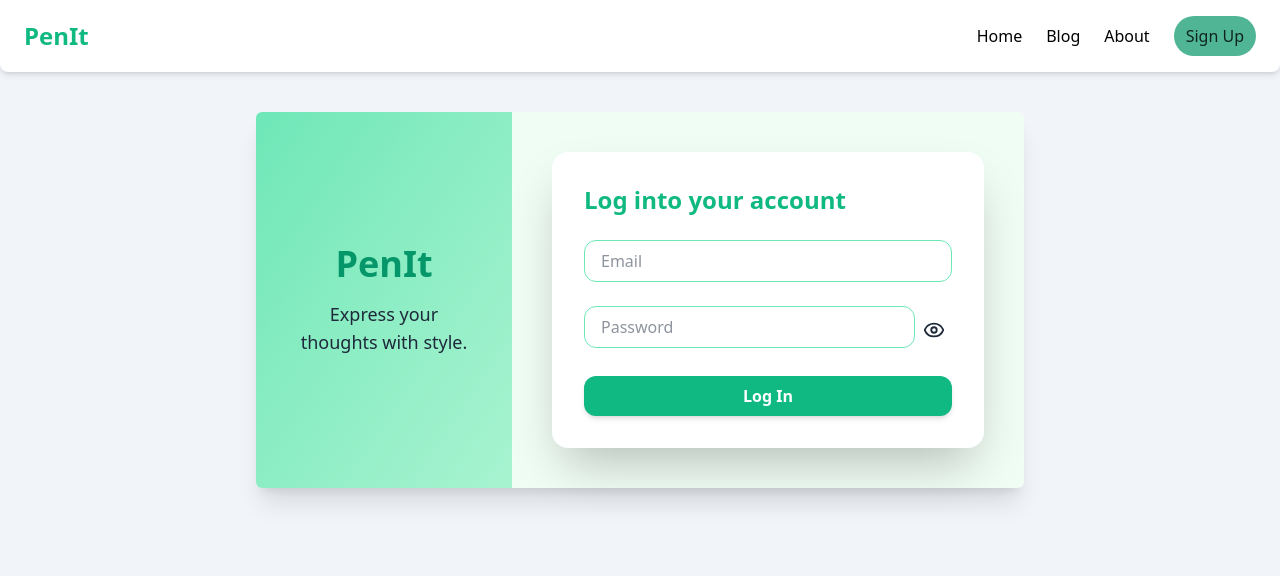
Repository: Mounika-chukkala/PenIt
Page: /signin (app in frontend/)
The author's editor kept a copy of each file at every save. The page is drawn from the files as they stood at one save, then again after the next save.
The browser window is 1280 px wide. The pictures show the whole page.
The project was rebuilt for these pictures with package versions that can differ from the ones it lists, and the page was loaded fresh each time. Also part of the build but not shown: frontend/vite.config.js, frontend/src/Pages/Signin.jsx, frontend/src/Pages/Signup.jsx, frontend/src/components/CreateBlog.jsx, frontend/src/Pages/AddBlog.jsx.

Above is the page before, as saved 2025-05-24 11:57:30.

### frontend/src/main.jsx
import { StrictMode } from 'react'
import { createRoot } from 'react-dom/client'
import './index.css'
import { Toaster } from 'react-hot-toast'
// import {BrowserRouter} from "react-router-dom"
import { BrowserRouter } from 'react-router-dom'
import App from './App.jsx'

createRoot(document.getElementById('root')).render(
  <StrictMode>
    <BrowserRouter>
    {/* <Toaster> */}

    <App />
    {/* </Toaster> */}
    </BrowserRouter>
  </StrictMode>,
)

### frontend/src/index.css
@import "tailwindcss";




/* :root {
  font-family: system-ui, Avenir, Helvetica, Arial, sans-serif;
  line-height: 1.5;
   font-weight: 400;

  color-scheme: light dark;
  color: rgba(255, 255, 255, 0.87);
  background-color: #242424;

  font-synthesis: none;
  text-rendering: optimizeLegibility;
  -webkit-font-smoothing: antialiased;
  -moz-osx-font-smoothing: grayscale;
}

a {
  font-weight: 500;
  color: #646cff;
  text-decoration: inherit;
}
a:hover {
  color: #535bf2;
}

body {
  margin: 0;
  display: flex;
  place-items: center;
  min-width: 320px;
  min-height: 100vh;
}

h1 {
  font-size: 3.2em;
  line-height: 1.1;
}

button {
  border-radius: 8px;
  border: 1px solid transparent;
  padding: 0.6em 1.2em;
  font-size: 1em;
  font-weight: 500;
  font-family: inherit;
  background-color: #1a1a1a;
  cursor: pointer;
  transition: border-color 0.25s;
}
button:hover {
  border-color: #646cff;
}
button:focus,
button:focus-visible {
  outline: 4px auto -webkit-focus-ring-color;
}

@media (prefers-color-scheme: light) {
  :root {
    color: #213547;
    background-color: #ffffff;
  }
  a:hover {
    color: #747bff;
  }
  button {
    background-color: #f9f9f9;
  }
} */

### frontend/src/App.jsx
import { useState } from 'react'
import { Route, Routes } from 'react-router-dom'
// import './App.css'
import Signin from './Pages/Signin'
import Signup from './Pages/Signup'
import Navbar from './components/Navbar'
// import Layout from "./Pages/Layout"
import CreateBlog from './components/CreateBlog'
import AddBlog from './Pages/AddBlog'
import AuthForm from './Pages/AuthForm'
function App() {

  return (
    <div className="bg-slate-100 w-screen h-screen ">

  <Routes>
    <Route path="/" element={<Navbar/>}>
        <Route path="/signin" element={<AuthForm type={"signin"}/>}></Route>
    <Route path="/signup" element={<AuthForm type={"signup"}/>}></Route>

        {/* <Route path="/signin" element={<Signin/>}></Route>
    <Route path="/signup" element={<Signup/>}></Route> */}


 {/* <Route path="/signin" element={<AuthForm/>}></Route> */}

    <Route path="/create-blog" element={<CreateBlog/>}></Route>
        <Route path="/add-blog" element={<AddBlog/>}></Route>

    {/* <Route path="/search-blog" element={}></Route> */}
    {/* <Route path="*" element={}></Route> */}
    </Route>

  </Routes>
      </div>

  )
}

export default App

### frontend/src/components/Navbar.jsx
import React, { useEffect, useState } from "react";
import { Link } from "react-router-dom";
import { Outlet } from "react-router-dom";
export default function Navbar() {
  const [isLogged, setLogged] = useState(false);
  const item = localStorage.getItem("User");
  useEffect(()=>{
  if (item!=null) {
    setLogged(true);
  }
},isLogged)
  return (
    <>
    <nav className="bg-white shadow-md px-6 py-4 flex justify-between items-center rounded-b-lg">
      <h1 className="text-2xl font-bold text-[#10B981]">PenIt</h1>
      <ul className="flex space-x-6 font-medium">
        <li className="hover:text-[#059669] pt-2 cursor-pointer">Home</li>
        <li className="hover:text-[#059669] pt-2 cursor-pointer">Blog</li>
        <li className="hover:text-[#059669] pt-2 cursor-pointer">About</li>
        <Link to="/signup">
        <li className="bg-[#059669]/70 rounded-3xl px-3 py-2 text-black/80 transform hover:scale-120 transition duration-300 ease-in-out  hover:text-white cursor-pointer">
{/* {isLogged?"Log out":"Sign up"} */}
    Sign Up
          </li>
        </Link>
      </ul>
    </nav>
    <Outlet/>
        </>

  );
}

### frontend/src/Pages/AuthForm.jsx
import React from 'react'
import { useState } from "react";
import { Eye, EyeOff } from "lucide-react";
import toast from "react-hot-toast";
import { Link } from "react-router-dom";
import { motion } from "framer-motion";


function AuthForm({type}) {
  const [userData, setUserData] = useState({
    name: "",
    email: "",
    password: "",
  });
  const [isVisible, setVisible] = useState(false);

  async function handleRegister(e) {
    e.preventDefault();
    let data = await fetch("http://localhost:3000/api/v1/signup", {
      method: "POST",
      body: JSON.stringify(userData),
      headers: {
        "Content-Type": "application/json",
      },
    });

    let res = await data.json();
    alert(res.message);

    if (!res.success) {
      toast.error(res.message);
    } else {
      toast.success(res.message);
      localStorage.setItem("User", JSON.stringify(res.user));
    }
  }

  return (
    <motion.div
      initial={{ opacity: 0, y: 40 }}
      animate={{ opacity: 1, y: 0 }}
      transition={{ duration: 0.6, ease: "easeOut" }}
      className="max-h-screen max-w-[90%] lg:max-w-[60%] rounded-md m-auto mt-10 flex bg-[#F0FDF4] text-[#1E293B] shadow-xl"
    >
      {/* Left visual side */}
      <motion.div
        initial={{ opacity: 0, x: -50 }}
        animate={{ opacity: 1, x: 0 }}
        transition={{ delay: 0.2, duration: 0.5 }}
        className="hidden sm:flex w-1/3 flex-col justify-center items-center p-10 bg-gradient-to-br from-[#6EE7B7] to-[#A7F3D0] rounded-l-md"
      >
        <h1 className="text-4xl font-bold text-[#059669] mb-4 animate-pulse">
          PenIt
        </h1>
        <p className="text-lg text-[#1E293B] text-center font-medium">
          Express your thoughts with style.
        </p>
      </motion.div>

      {/* Right form side */}
      <motion.div
        initial={{ opacity: 0, x: 50 }}
        animate={{ opacity: 1, x: 0 }}
        transition={{ delay: 0.3, duration: 0.5 }}
        className="w-full md:w-2/3 flex justify-center items-center p-10"
      >
        <motion.div
          whileHover={{ scale: 1.02 }}
          className="bg-white bg-opacity-90 backdrop-blur-xl p-8 rounded-2xl shadow-2xl w-full max-w-md transition-all"
        >
          <h2 className="text-2xl font-bold mb-3 text-[#10B981]">
            {type=="signup"?"Create an account":"Log into your account"}
          </h2>
{type=="signup" &&
          <p className="text-sm text-black/60 mb-3">
            Already have an account?{" "}
            <Link to="/signin">
              <span className="text-blue-500 font-semibold hover:underline">
                Login
              </span>
            </Link>
          </p>
}
          <form onSubmit={handleRegister}>
            {type=="signup" &&
            <input
              className="w-full my-3 px-4 py-2 border border-[#6EE7B7] rounded-xl focus:outline-none focus:ring-2 focus:ring-[#10B981] transition-all"
              type="text"
              placeholder="Name"
              onChange={(e) =>
                setUserData({ ...userData, name: e.target.value })
              }
            />
}
            <input
              className="w-full my-3 px-4 py-2 border border-[#6EE7B7] rounded-xl focus:outline-none focus:ring-2 focus:ring-[#10B981] transition-all"
              type="email"
              placeholder="Email"
              onChange={(e) =>
                setUserData({ ...userData, email: e.target.value })
              }
            />

            <div className="w-full flex gap-2 items-center">
              <input
                className="w-[90%] my-3 px-4 py-2 border border-[#6EE7B7] rounded-xl focus:outline-none focus:ring-2 focus:ring-[#10B981]"
                type={isVisible ? "text" : "password"}
                placeholder="Password"
                onChange={(e) =>
                  setUserData({ ...userData, password: e.target.value })
                }
              />
              <motion.div
                whileHover={{ scale: 1.1 }}
                className="cursor-pointer pt-1.5"
                onClick={() => setVisible(!isVisible)}
              >
                {isVisible ? <EyeOff size={22} /> : <Eye size={22} />}
              </motion.div>
            </div>

            <motion.button
              whileHover={{ scale: 1.03 }}
              whileTap={{ scale: 0.98 }}
              type="submit"
              className="w-full bg-[#10B981] hover:bg-[#059669] text-white py-2 mt-4 rounded-xl font-semibold transition-all duration-200 shadow-md"
            >
             {type=="signup"?"Sign Up" : "Log In"}
            </motion.button>
          </form>
        </motion.div>
      </motion.div>
    </motion.div>
  );
}



export default AuthForm

Loaded but not shown: frontend/index.html (common file)

After the next save:
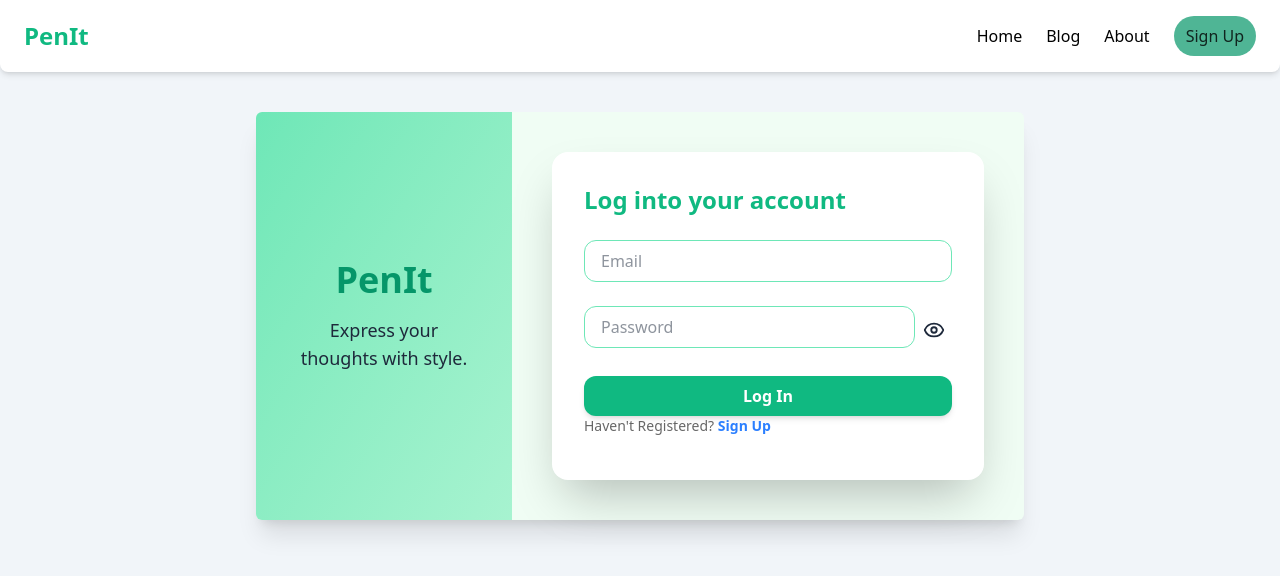
Saved 80 s later.
--- a/frontend/src/Pages/AuthForm.jsx
+++ b/frontend/src/Pages/AuthForm.jsx
@@ -128,6 +128,18 @@ function AuthForm({type}) {
              {type=="signup"?"Sign Up" : "Log In"}
             </motion.button>
           </form>
+          {
+            type=="signin" &&
+                      <p className="text-sm text-black/60 mb-3">
+            Haven't Registered?{" "}
+            <Link to="/signup">
+              <span className="text-blue-500 font-semibold hover:underline">
+                Sign Up
+              </span>
+            </Link>
+          </p>
+
+          }
         </motion.div>
       </motion.div>
     </motion.div>
